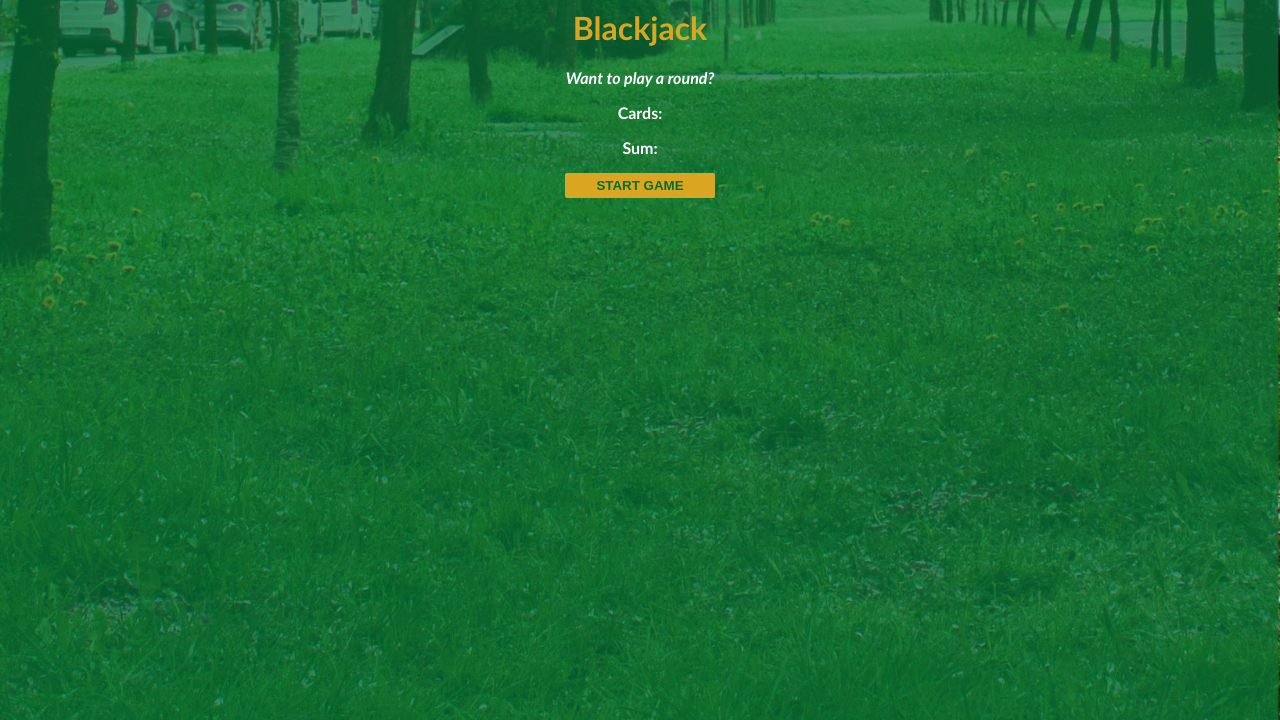
Repository: Samkiroko/black_jack
Page: index.html
These files come from the project's save history. The page is drawn as it stood at one moment and after the next save; the edit follows.
The browser window is 1280 px wide. The pictures show the whole page.

Above is the page before, as saved 2022-04-29 14:44:26.

After the next save:
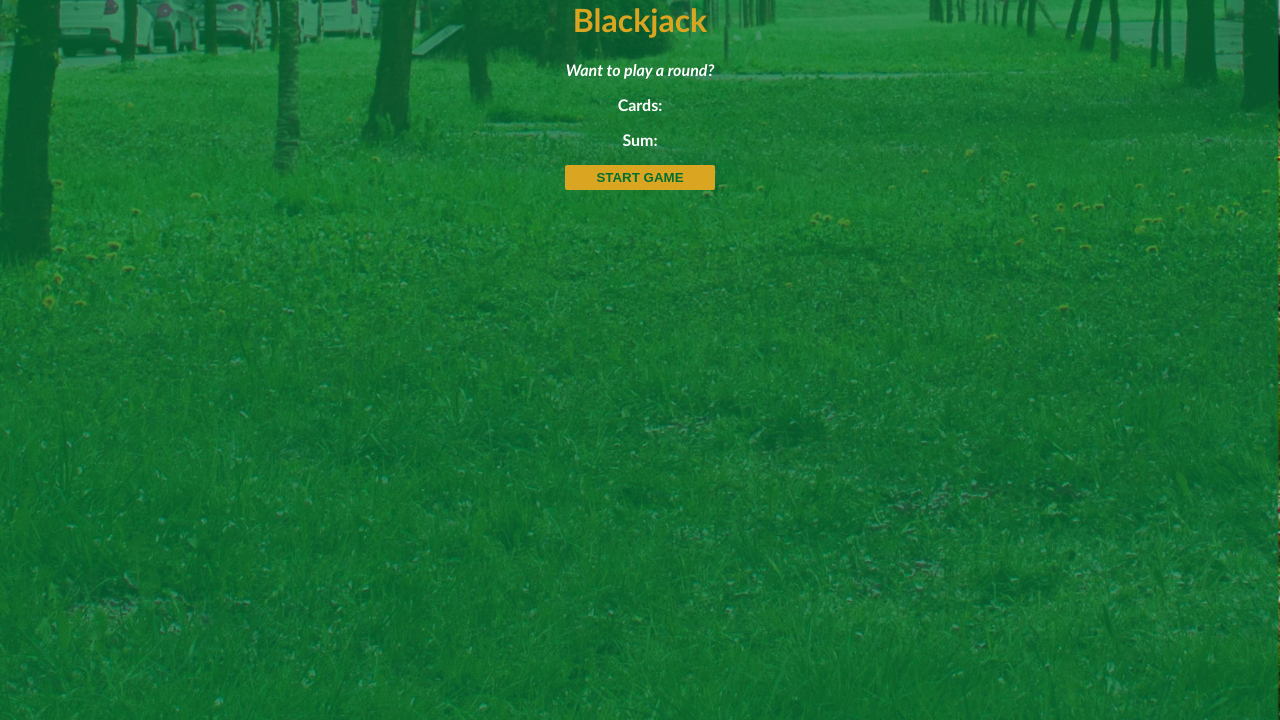
Saved 61 s later.
--- a/index.css
+++ b/index.css
@@ -6,8 +6,7 @@
     color: white;
     text-align: center;
     display: block;
-    width: auto;
-    height: auto;
+    margin: auto;
 }
 
 h1 {

After the save that followed:
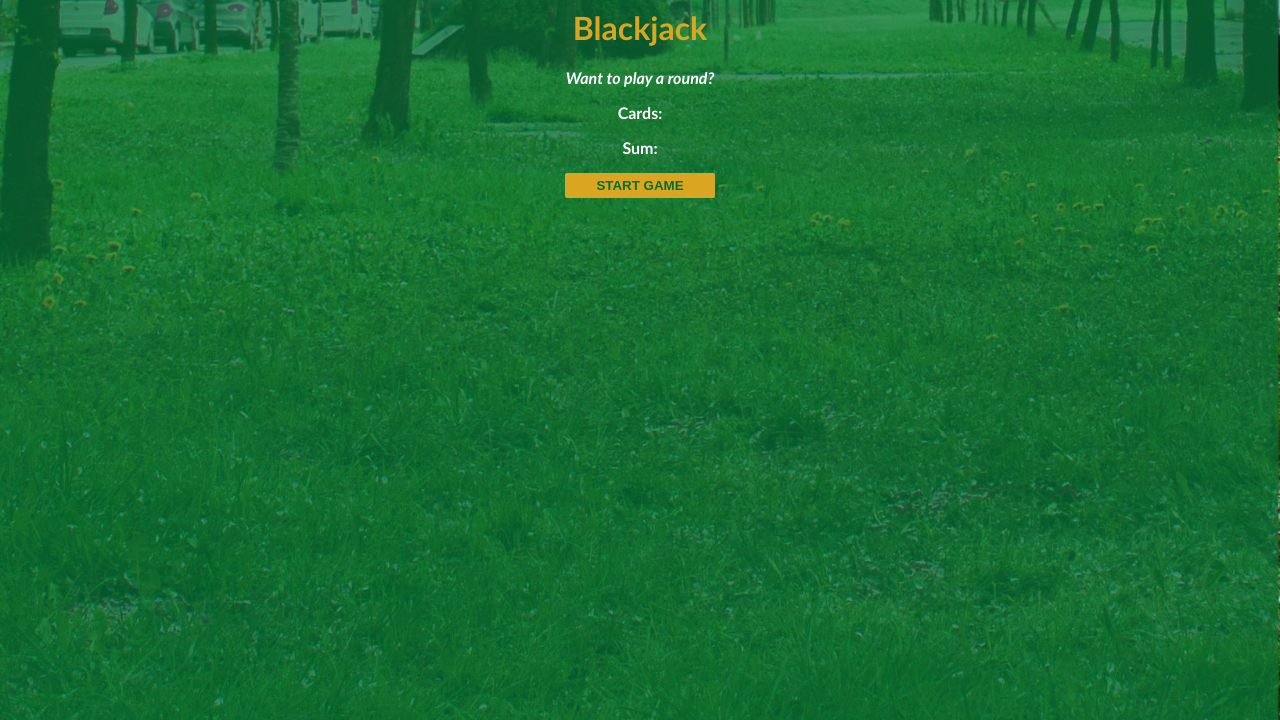
Saved 29 s later.
--- a/index.css
+++ b/index.css
@@ -6,7 +6,8 @@
     color: white;
     text-align: center;
     display: block;
-    margin: auto;
+    margin-left: auto;
+    margin-right: auto;
 }
 
 h1 {
